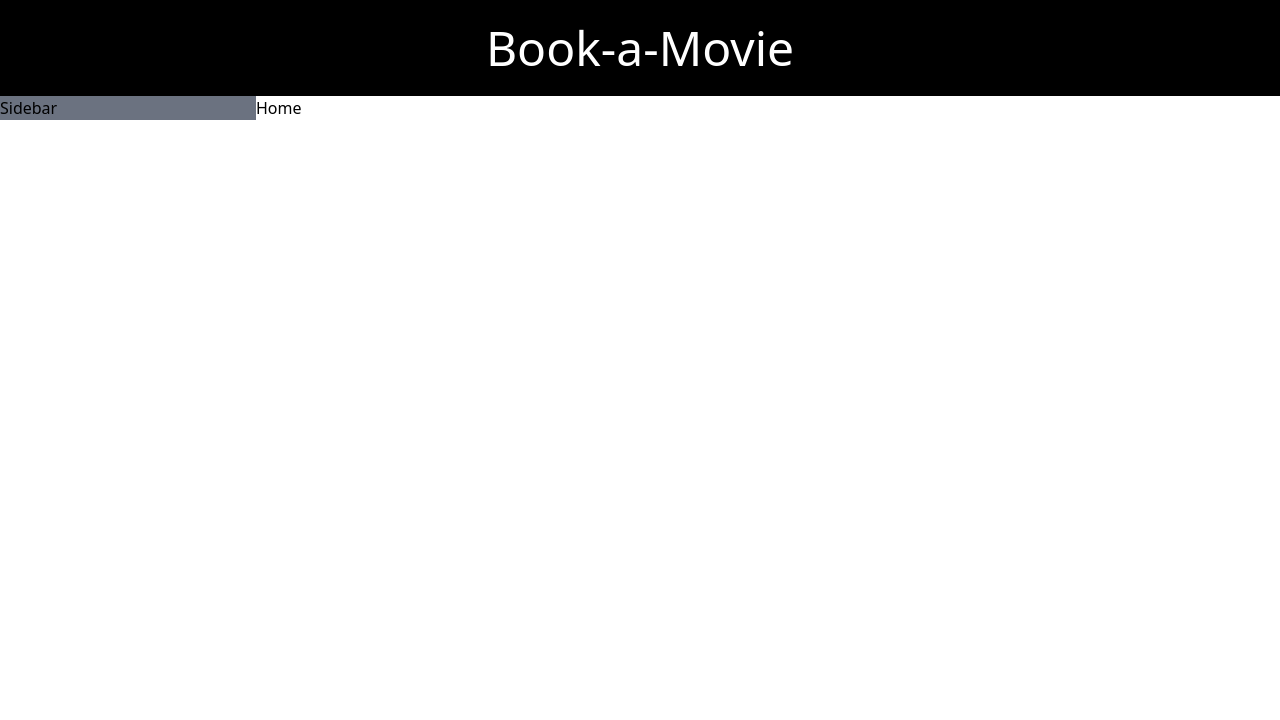
Repository: BhumilModi/movie-booking-app-assignment
Page: /Home
These files come from the project's save history. The page is drawn as it stood at one moment and after the next save; the edit follows.
The browser window is 1280 px wide. The pictures show the whole page.
The project was rebuilt for these pictures with package versions that can differ from the ones it lists, and the page was loaded fresh each time. Also part of the build but not shown: src/App.css, src/components/Login.jsx, src/components/SignUp.jsx.

Above is the page before, as saved 2022-11-29 19:02:25.

After the next save:
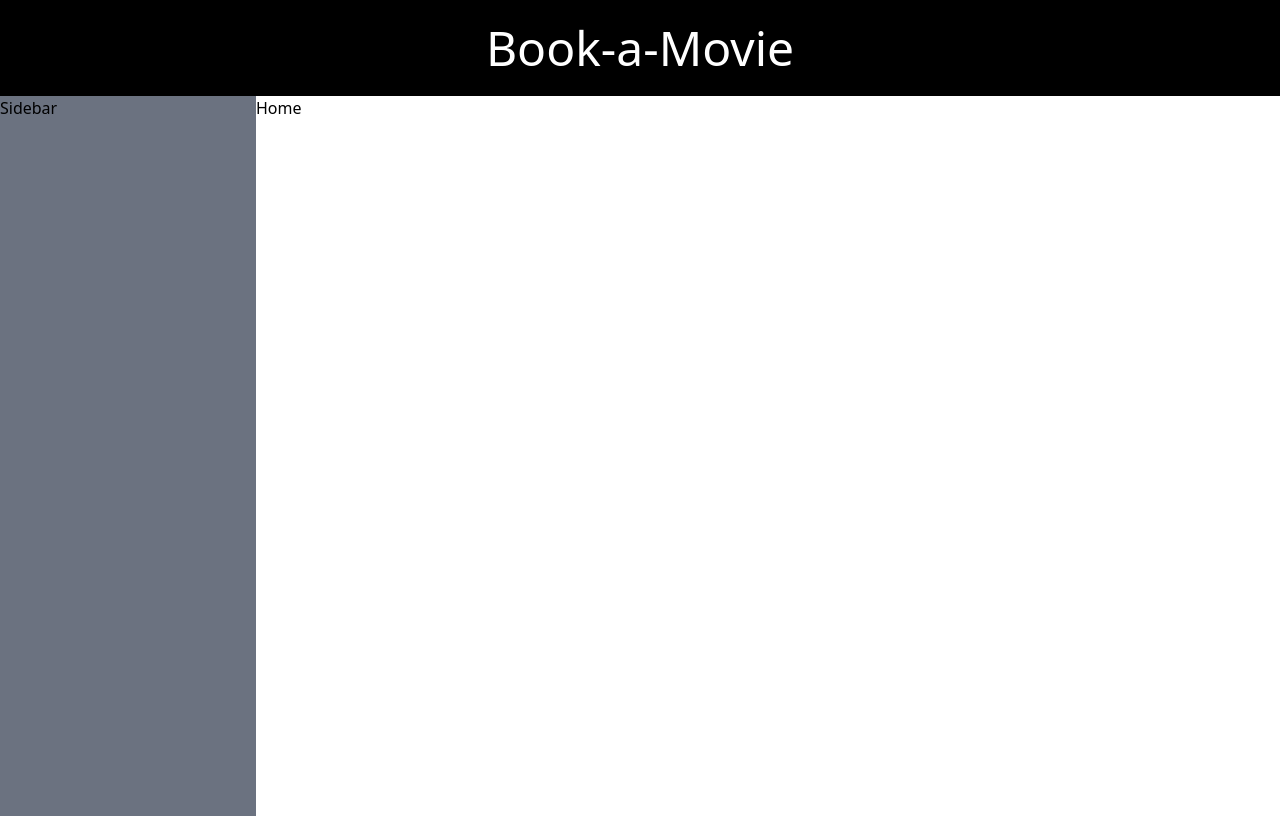
Saved 19 s later.
--- a/src/components/Sidebar.jsx
+++ b/src/components/Sidebar.jsx
@@ -1,7 +1,7 @@
 import React from "react";
 
 function Sidebar() {
-  return <div className="w-1/5 h-auto bg-gray-500">Sidebar</div>;
+  return <div className="w-1/5 h-screen bg-gray-500">Sidebar</div>;
 }
 
 export default Sidebar;

After the save that followed:
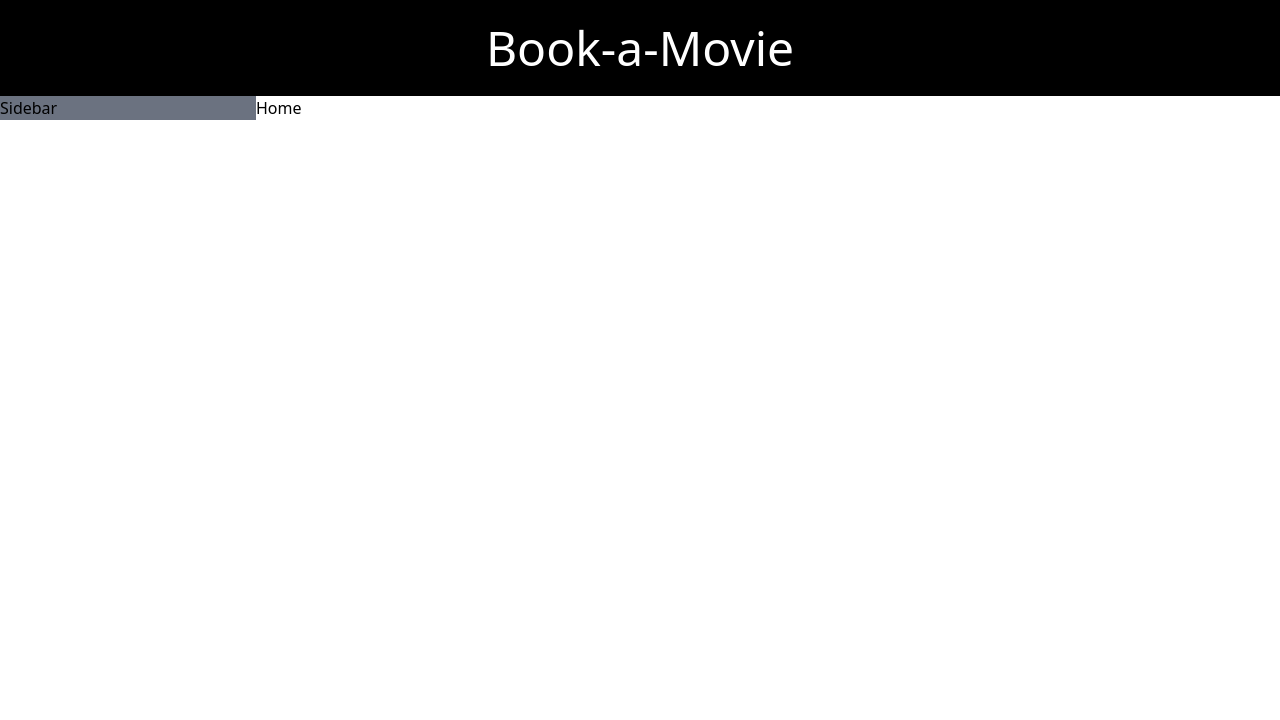
Saved 8 s later.
--- a/src/components/Sidebar.jsx
+++ b/src/components/Sidebar.jsx
@@ -1,7 +1,7 @@
 import React from "react";
 
 function Sidebar() {
-  return <div className="w-1/5 h-screen bg-gray-500">Sidebar</div>;
+  return <div className="w-1/5 h-full bg-gray-500">Sidebar</div>;
 }
 
 export default Sidebar;
